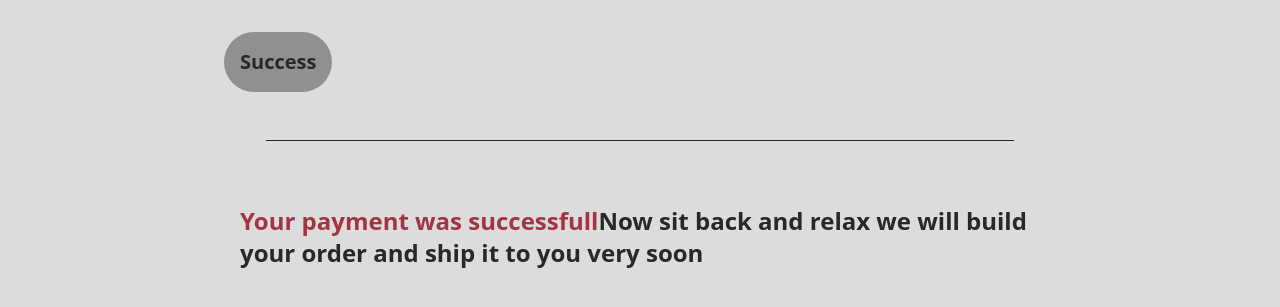
Repository: punitbathija/power-pedal
Page: /Checkout
These files come from the project's save history. The page is drawn as it stood at one moment and after the next save; the edit follows.
The browser window is 1280 px wide. The pictures show the whole page.
The project was rebuilt for these pictures with package versions that can differ from the ones it lists, and the page was loaded fresh each time. The framework's server and built-in components were replaced by stand-ins that run in the browser. Also part of the build but not shown: next.config.js.

Above is the page before, as saved 2023-03-08 13:58:31.

### src/app/Checkout/page.js
import React from "react";

function paymentsuccess() {
  return (
    <div className="py-8 lg:mx-56 mx-2 bg-goodwhite text-goodblack">
      <p className="font-semibold lg:text-xl p-4 bg-offwhite w-fit rounded-full">
        Success
      </p>
      <hr className="flex my-12 w-[90%] text-center justify-center m-auto" />
      <p className="font-semibold lg:text-2xl text-xl p-4 my-4">
        <span className="text-goodred text-2xl">
          Your payment was successfull
        </span>
        Now sit back and relax we will build your order and ship it to you very
        soon
      </p>
    </div>
  );
}

export default paymentsuccess;

### src/app/globals.css
@tailwind base;
@tailwind components;
@tailwind utilities;

body{
    background: #dcdcdc;
}

### tailwind.config.js
/** @type {import('tailwindcss').Config} */
module.exports = {
  content: [
    "./app/**/*.{js,ts,jsx,tsx}",
    "./pages/**/*.{js,ts,jsx,tsx}",
    "./components/**/*.{js,ts,jsx,tsx}",

    // Or if using `src` directory:
    "./src/**/*.{js,ts,jsx,tsx}",
  ],
  theme: {
    colors: {
      offwhite: "#909090",
      transparent: "transparent",
      goodblack: "#282828",
      goodbrown: "#414141",
      goodwhite: "#dcdcdc",
      goodred: "#a33441",
      olivegreen: "#6a7870",
      skin: "#e8dfc8",
      black: "#000000",
    },

    extend: {},
  },
  plugins: [],
};

Loaded but not shown: src/app/layout.js (common file)

After the next save:
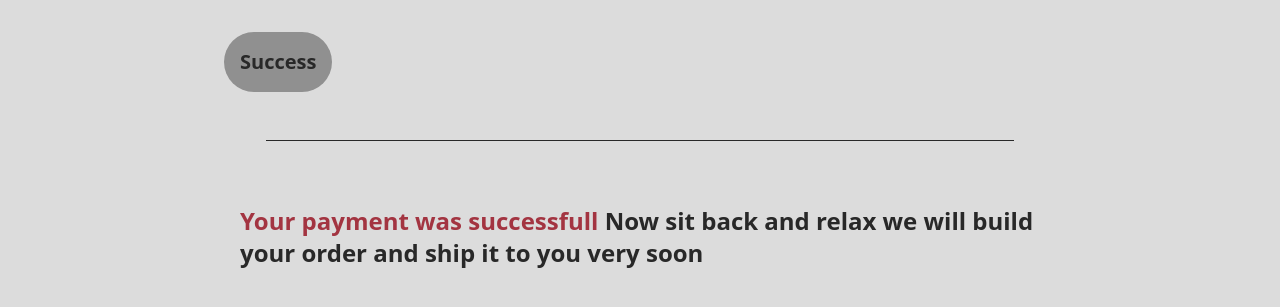
Saved 1 s later.
--- a/src/app/Checkout/page.js
+++ b/src/app/Checkout/page.js
@@ -10,7 +10,7 @@ function paymentsuccess() {
       <p className="font-semibold lg:text-2xl text-xl p-4 my-4">
         <span className="text-goodred text-2xl">
           Your payment was successfull
-        </span>
+        </span>{" "}
         Now sit back and relax we will build your order and ship it to you very
         soon
       </p>
